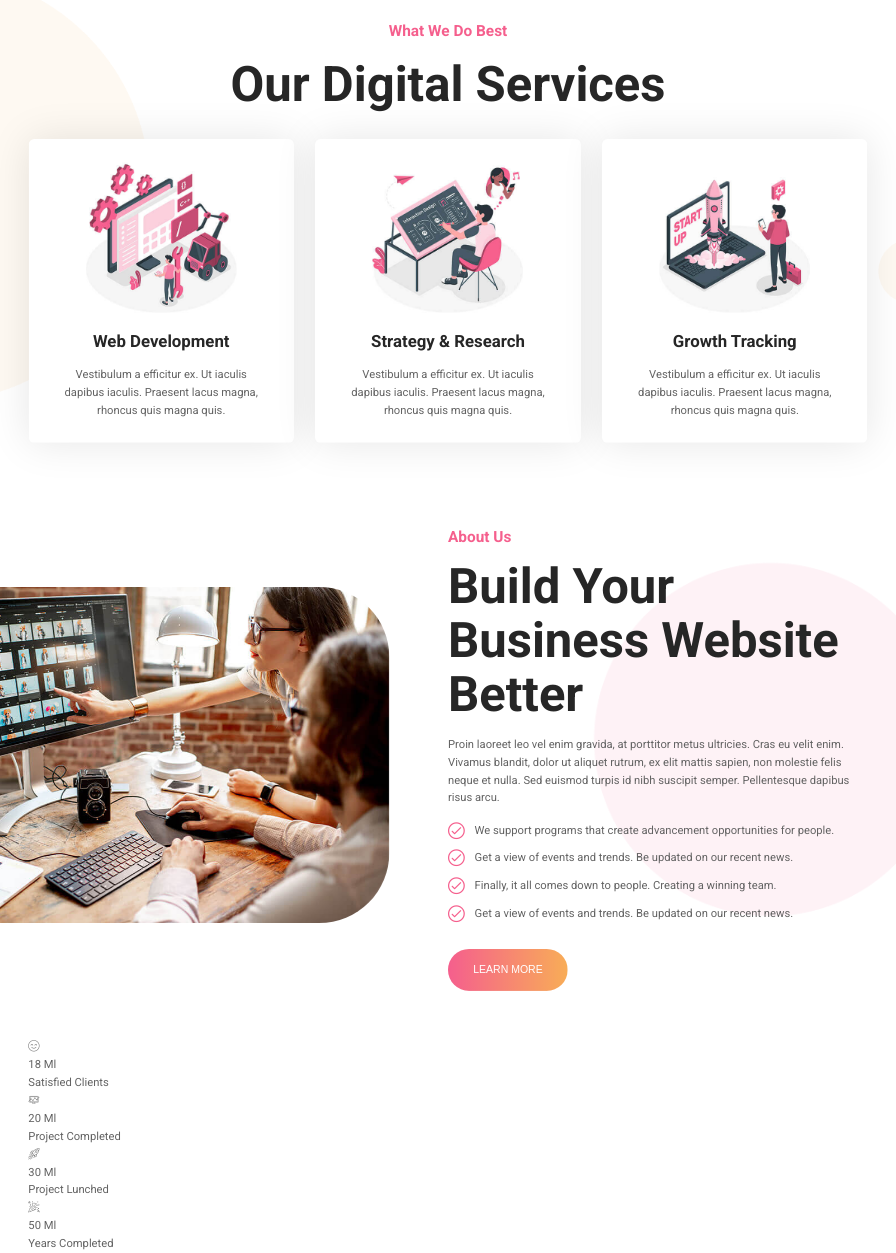
Repository: ducdatit2002/samar
Page: index.html
An editor plug-in stored every save of this project. The page is shown before and after the next save, followed by the edit.
The browser window is 1280 px wide. The pictures show the part of the page from y = 871 to 2791 px (the page is 2661 px tall before and 2791 px after), at 70% of full size.

Above is the page before, as saved 2023-07-27 09:56:41.

After the next save:
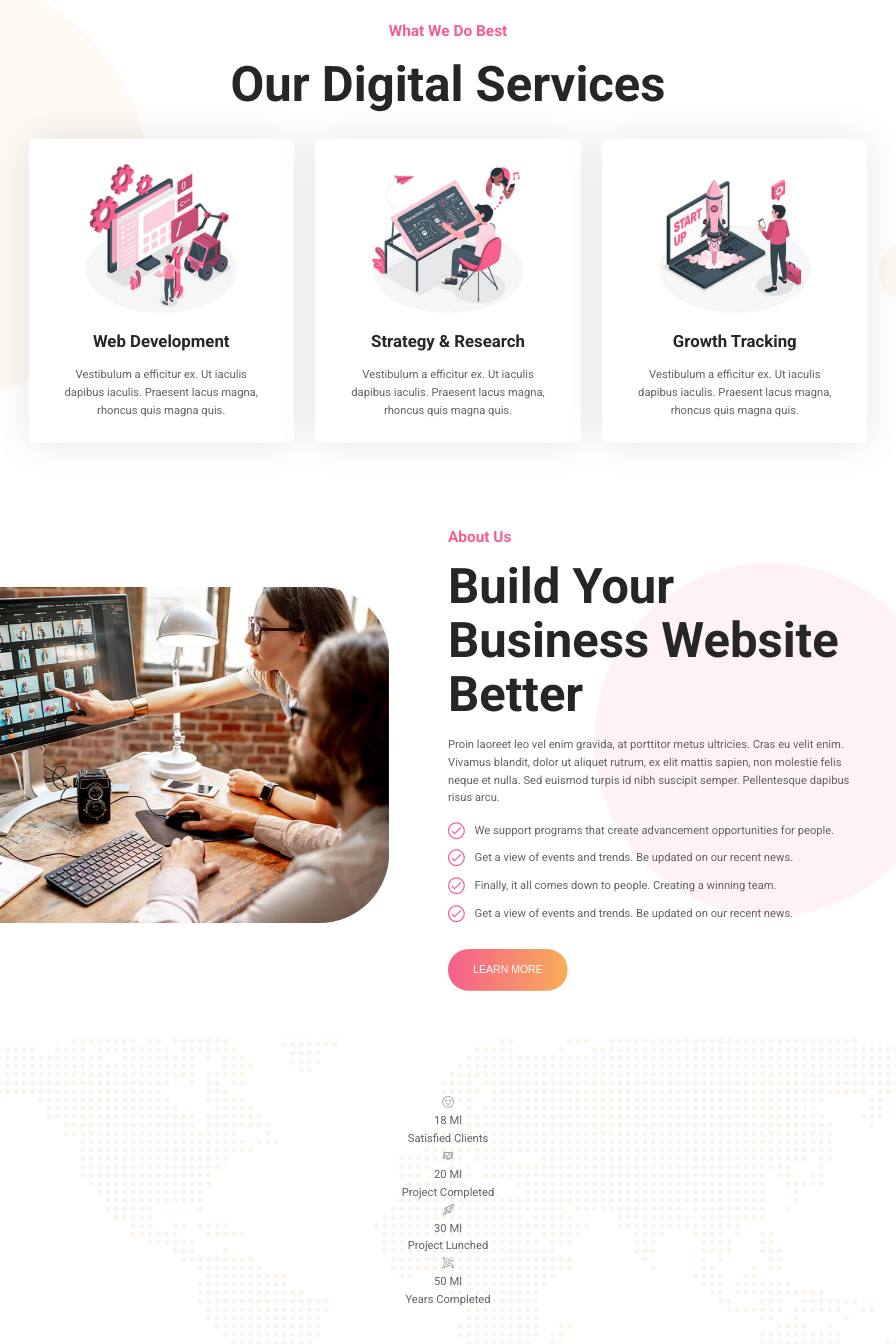
Saved 19 s later.
--- a/index.css
+++ b/index.css
@@ -226,7 +226,14 @@ header {
     margin-right: 10px;
     vertical-align: middle;
 }
-
+/* NUMBER */
+.number {
+    background-image: url(../img/bg14.png);
+    background-position: center;
+    background-repeat: no-repeat;
+    padding: 80px 0 50px;
+    text-align: center;
+}
 
 /*Animation */
 @keyframes upToDown {
